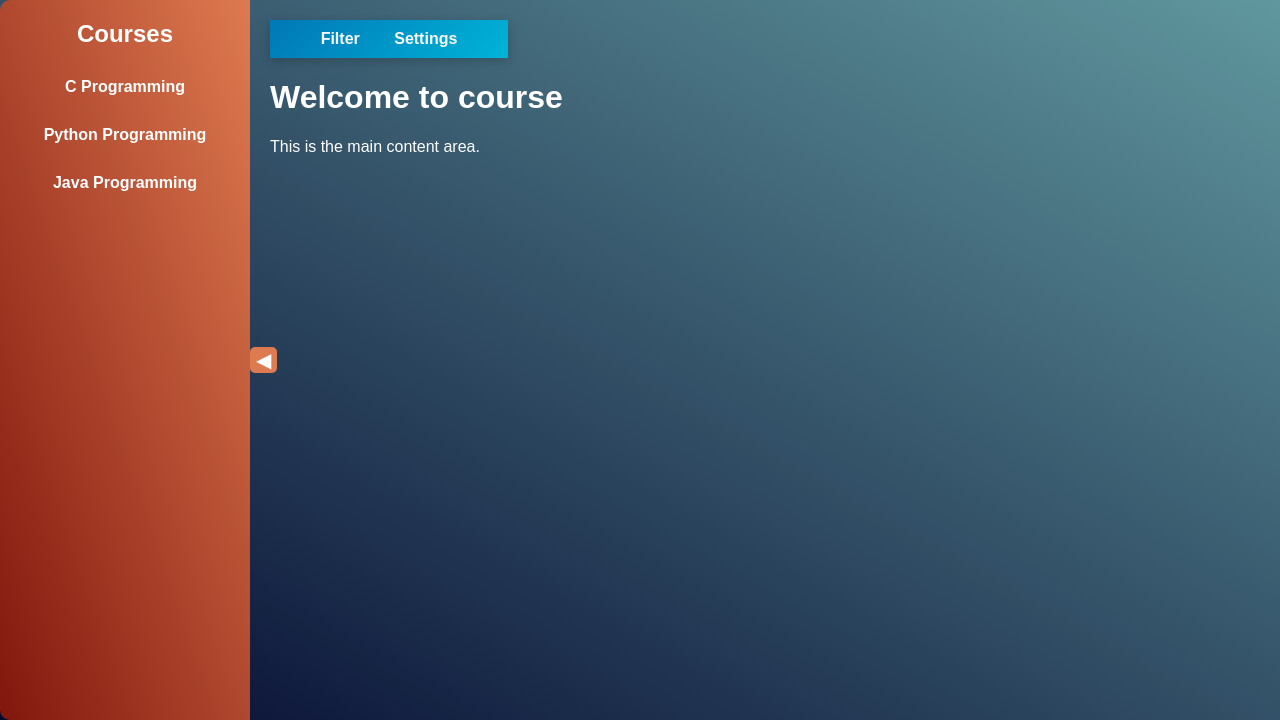
Repository: RishitSharma88/SeaGro
Page: templates/coursetemp.html
The author's editor kept a copy of each file at every save. The page is drawn from the files as they stood at one save, then again after the next save.
The browser window is 1280 px wide. The pictures show the whole page.
The template is drawn by Flask 3. The application's start-up code is not run. Other server files are loaded and not shown. The template is opened directly, without the code that normally fills it, so the values that code supplies are empty.

Above is the page before, as saved 2024-12-27 18:15:25.

### templates/coursetemp.html
<!DOCTYPE html>
<html lang="en">
<head>
    <meta charset="UTF-8">
    <meta name="viewport" content="width=device-width, initial-scale=1.0">
    <title>Create New Password</title>
    <style>
        body {
            margin: 0;
            padding: 0;
            font-family: 'Arial', sans-serif;
            background: linear-gradient(to bottom left, #60979e, #050a30);
            color: #FFFFFF;
            display: flex;
            height: 100vh;
            overflow: hidden;
        }

        .sidebar {
            background: linear-gradient(to bottom left, #de7a50, #81170d);
            color: #ffff;
            width: 250px;
            height: 100%;
            border-radius: 10px 0 0 10px;
            overflow: auto;
            display: flex;
            flex-direction: column;
            align-items: center;
            position: fixed;
            left: 0;
            top: 0;
            transition: transform 0.3s ease;
        }

        .sidebar.collapsed {
            transform: translateX(-250px);
        }

        .h {
            font-size: 24px;
            font-weight: bold;
            text-align: center;
            margin: 20px 0;
        }

        .side-links {
            display: flex;
            flex-direction: column;
            gap: 10px;
            width: 100%;
            padding: 0 10px;
        }

        .side-links a {
            text-decoration: none;
            color: #fff;
            font-size: 1rem;
            font-weight: bold;
            padding: 10px;
            border-radius: 5px;
            text-align: center;
            transition: background-color 0.3s ease;
        }

        .side-links a:hover {
            background-color: rgba(255, 255, 255, 0.2);
        }

        .toggle-btn {
            position: fixed;
            top: 50%;
            left: 250px; /* Start next to the sidebar */
            transform: translateY(-50%);
            background: #de7a50;
            color: #fff;
            border: none;
            border-radius: 5px;
            font-size: 20px;
            cursor: pointer;
            transition: left 0.3s ease;
        }

        .toggle-btn.collapsed {
            left: 0; /* Stick to the left edge when sidebar is collapsed */
        }

        .main-content {
            margin-left: 250px;
            flex: 1;
            padding: 20px;
            transition: margin-left 0.3s ease;
        }

        .sidebar.collapsed + .main-content {
            margin-left: 0;
        }
        .navbar {
            background: linear-gradient(135deg, #0077B6, #00B4D8);
            display: flex;
            justify-content: space-around;
            align-items: center;
            padding: 10px 20px;
            box-shadow: 0 3px 10px rgba(0, 0, 0, 0.2);
            position: sticky;
            top: 0;
            z-index: 1000;
            width:20%;
        }

        .navbar a {
            text-decoration: none;
            color: #F8F9FA; /* Wave White */
            font-weight: bold;
            font-size: 1rem;
            padding: 10px 15px;
            transition: color 0.3s ease, transform 0.2s ease;
        }

        .navbar a:hover {
            color: #FFD166; /* Sand Yellow */
            transform: scale(1.1);
        }
    </style>
</head>
<body>
    <div class="sidebar">
        <h1 class="h">Courses</h1>
        <div class="side-links">
            <a href="login.html">C Programming</a>
            <a href="login.html">Python Programming</a>
            <a href="login.html">Java Programming</a>
        </div>
    </div>
    <button class="toggle-btn">&#9664;</button> <!-- Left arrow -->

    <div class="main-content">

        <nav class="navbar">
            <div>
                <a href="#">Filter</a>
                <a href="#">Settings</a>
            </div>
            </nav>
            <h1>Welcome to course</h1>
            <p>This is the main content area.</p>
    </div>

    <script>
        const sidebar = document.querySelector('.sidebar');
        const toggleBtn = document.querySelector('.toggle-btn');

        toggleBtn.addEventListener('click', () => {
            sidebar.classList.toggle('collapsed');
            toggleBtn.classList.toggle('collapsed');

            // Change the arrow direction
            toggleBtn.innerHTML = sidebar.classList.contains('collapsed') ? '&#9654;' : '&#9664;';
        });
    </script>
</body>
</html>

After the next save:
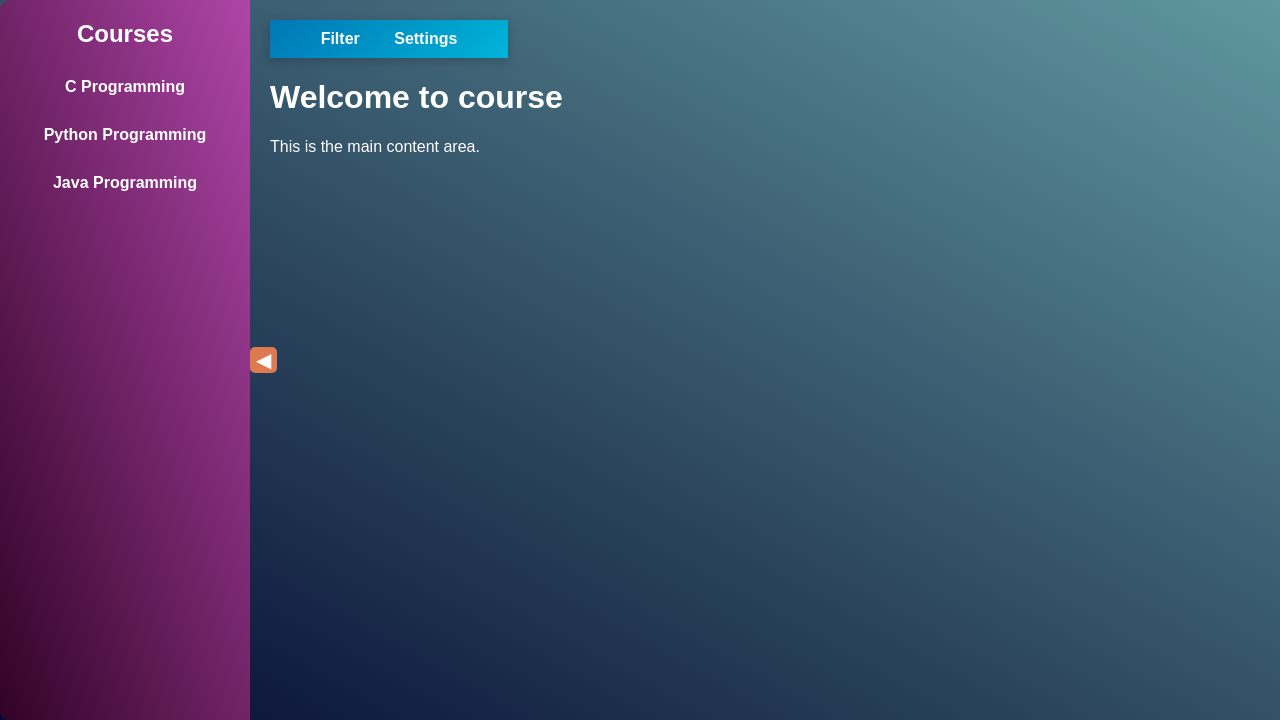
Saved 69 s later.
--- a/templates/coursetemp.html
+++ b/templates/coursetemp.html
@@ -17,7 +17,7 @@
         }
 
         .sidebar {
-            background: linear-gradient(to bottom left, #de7a50, #81170d);
+            background: linear-gradient(to bottom left, #af45a8, #320327);
             color: #ffff;
             width: 250px;
             height: 100%;
